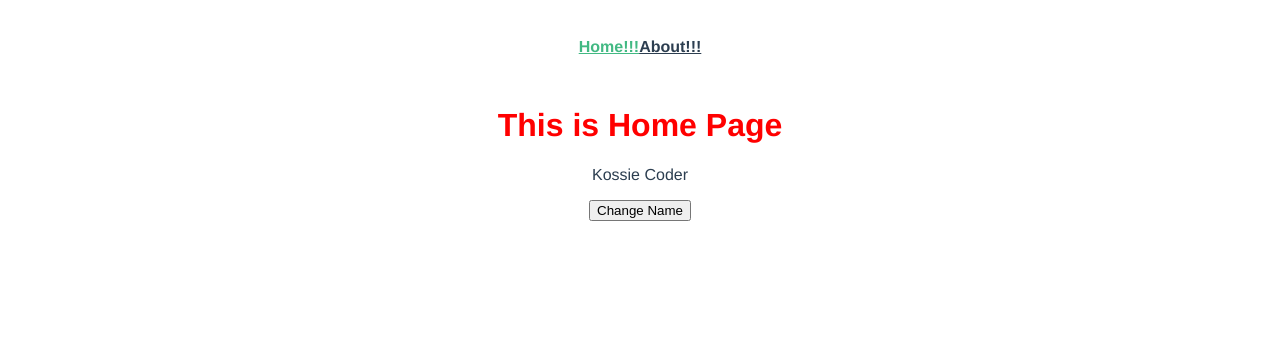
Repository: RyuGeunHwan/code_J
Page: / (app in vue-router/)
The author's editor kept a copy of each file at every save. The page is drawn from the files as they stood at one save, then again after the next save.
The browser window is 1280 px wide. The pictures show the whole page.
The project was rebuilt for these pictures with package versions that can differ from the ones it lists, and the page was loaded fresh each time.

Above is the page before, as saved 2022-08-19 17:14:59.

After the next save:
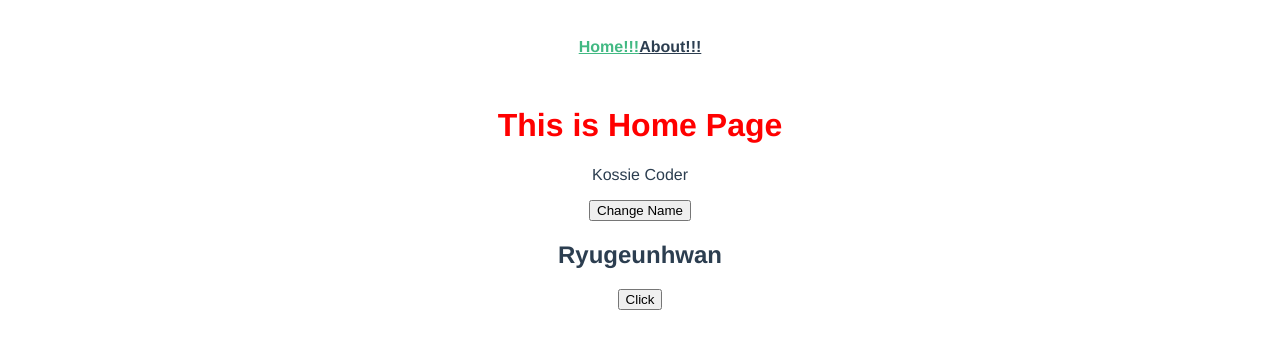
Saved 86 s later.
--- a/vue-router/src/views/Home.vue
+++ b/vue-router/src/views/Home.vue
@@ -3,6 +3,8 @@
   <div>
     <h1>This is Home Page</h1>
     <KossieCoder/>
+    <h2>{{fullName}}</h2>
+    <button @click="changeName">Click</button>
   </div>
 </template>
 
@@ -15,7 +17,33 @@ export default {
   components: {
     // import한 컴포넌트를 사용하겠다는 설정
     KossieCoder
-  }
+  },
+    name : 'App',
+  data(){
+    return{
+      firstName : 'Ryu',
+      lastName : 'geunhwan',
+    };
+  },
+  methods : {
+    changeName(){
+      this.fullName = "nin ano";
+    }
+  },
+  computed:{
+    fullName: {
+        get:function(){
+          console.log('3번');
+          return this.firstName+''+this.lastName;
+        },
+        set: function(newValue){
+          alert('Setting new name: ' + newValue);
+          var name = newValue.split(' '); //eslint-disable-line no-unused-vars
+          this.firstName = name[0];
+          this.lastName = name[1];
+        }
+      }
+    }
 }
 </script>
 
